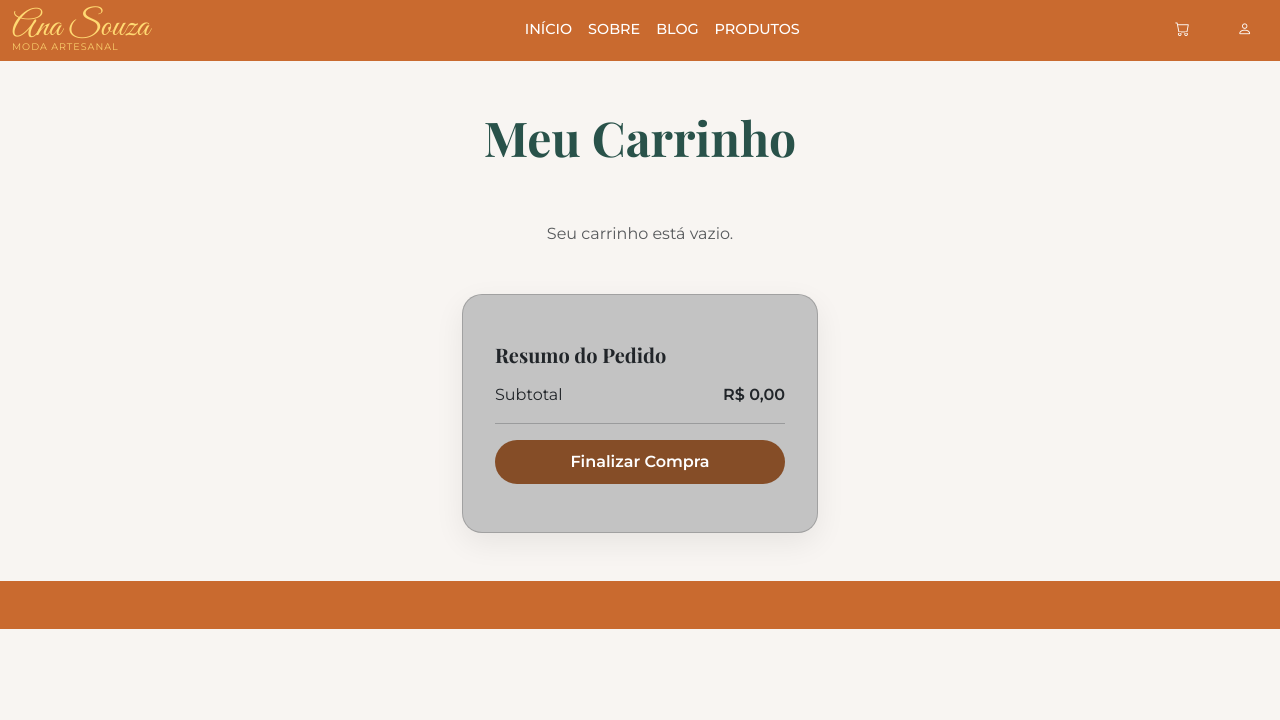
Repository: Lucascsg/projeto-anasouza-frontend
Page: carrinho.html
The author's editor kept a copy of each file at every save. The page is drawn from the files as they stood at one save, then again after the next save.
The browser window is 1280 px wide. The pictures show the whole page.

Above is the page before, as saved 2025-10-20 23:17:48.

### carrinho.html
<!DOCTYPE html>
<html lang="pt-br">
<head>
    <meta charset="UTF-8">
    <meta name="viewport" content="width=device-width, initial-scale=1.0">
    <title>Meu Carrinho - Ana Souza</title>

    <link href="https://cdn.jsdelivr.net/npm/bootstrap@5.3.2/dist/css/bootstrap.min.css" rel="stylesheet" integrity="sha384-T3c6CoIi6uLrA9TneNEoa7RxnatzjcDSCmG1MXxSR1GAsXEV/Dwwykc2MPK8M2HN" crossorigin="anonymous">
    <link rel="stylesheet" href="css/style.css">
    <link rel="stylesheet" href="https://cdn.jsdelivr.net/npm/bootstrap-icons@1.11.1/font/bootstrap-icons.css">
    <link rel="preconnect" href="https://fonts.googleapis.com">
    <link rel="preconnect" href="https://fonts.gstatic.com" crossorigin>
    <link href="https://fonts.googleapis.com/css2?family=Montserrat:wght@400;500;600&family=Playfair+Display:wght@700&family=Great+Vibes&display=swap" rel="stylesheet">
    <link rel="stylesheet" href="https://unpkg.com/aos@next/dist/aos.css" />
</head>
<body>

    <header>
        <nav class="navbar navbar-expand-lg navbar-dark navbar-custom">
            <div class="container-fluid">
                <a class="navbar-brand logo-text" href="index.html">
                    <div>Ana Souza</div>
                    <small class="logo-subtitle">MODA ARTESANAL</small>
                </a>
                <button class="navbar-toggler" type="button" data-bs-toggle="collapse" data-bs-target="#navbarNav" aria-controls="navbarNav" aria-expanded="false" aria-label="Toggle navigation">
                    <span class="navbar-toggler-icon"></span>
                </button>
                <div class="collapse navbar-collapse" id="navbarNav">
                    <ul class="navbar-nav mx-auto">
                        <li class="nav-item"><a class="nav-link" href="index.html">Início</a></li>
                        <li class="nav-item"><a class="nav-link" href="index.html#sobre">Sobre</a></li>
                        <li class="nav-item"><a class="nav-link" href="blog.html">Blog</a></li>
                        <li class="nav-item"><a class="nav-link" href="produtos.html">Produtos</a></li>
                    </ul>
                    <div class="navbar-icons d-flex">
                        <a href="carrinho.html" class="nav-link position-relative">
                            <i class="bi bi-cart"></i>
                            <span class="badge rounded-pill bg-danger position-absolute top-0 start-100 translate-middle" id="contador-carrinho" style="display: none;">0</span>
                        </a>
                        <a href="#" class="nav-link ms-3"><i class="bi bi-person"></i></a>
                    </div>
                </div>
            </div>
        </nav>
    </header>

    <main class="container my-5">
        <div class="row">
            <div class="col-12 text-center mb-5">
                <h1 class="display-5 fw-bold">Meu Carrinho</h1>
            </div>
        </div>

        <div id="itens-carrinho">
            <p class="text-center text-muted">Seu carrinho está vazio.</p>
        </div>

        <div class="row justify-content-center mt-5">
            <div class="col-md-5 col-lg-4">
                <div class="card section-card">
                    <h5 class="card-title fw-bold mb-3">Resumo do Pedido</h5>
                    <div class="d-flex justify-content-between">
                        <span>Subtotal</span>
                        <span id="subtotal-carrinho" class="fw-bold">R$ 0,00</span>
                    </div>
                    <hr>
                    <div class="d-grid">
                        <a href="#" class="btn btn-custom-primary">Finalizar Compra</a>
                    </div>
                </div>
            </div>
        </div>
    </main>

    <footer class="py-4 footer-custom">
        </footer>

    <script src="https://cdn.jsdelivr.net/npm/bootstrap@5.3.2/dist/js/bootstrap.bundle.min.js"></script>
    <script src="https://unpkg.com/aos@next/dist/aos.js"></script>
    <script src="js/carrinho.js"></script>
</body>
</html>

### css/style.css
/* =================================== */
/* VARIÁVEIS GLOBAIS E ESTILOS BASE    */
/* =================================== */
:root {
    /* Sua paleta de cores (mantive suas últimas alterações) */
    --cor-base-escura: #c96a2f;
    --cor-acao-vibrante: #854D27;
    --cor-detalhe-quente: #29524A;
    --cor-texto-escuro: #06070E;

    /* Cores Neutras e de Fundo */
    --cor-fundo-claro: #F8F5F2;
    --cor-texto-claro: #FFFFFF;
}

body {
    font-family: 'Montserrat', sans-serif;
    background-color: var(--cor-fundo-claro);
    color: var(--cor-texto-escuro);
}

h1, h2, h3, h4, h5, h6 {
    font-family: 'Playfair Display', serif;
    color: var(--cor-detalhe-quente);
}

/* =================================== */
/* ESTILOS DA BARRA DE NAVEGAÇÃO       */
/* =================================== */
.navbar-custom {
    background-color: var(--cor-base-escura);
}
/* ... (O resto dos estilos da navbar e do logo permanecem como você enviou) ... */
.navbar-brand.logo-text {
    display: flex;
    flex-direction: column;
    justify-content: center;
    padding: 0;
    position: relative;
    top: 2px;
}
.navbar-brand div {
    font-family: 'Great Vibes', cursive;
    font-size: 2.2rem;
    color: #FFD972 !important;
    line-height: 1;
    font-weight: normal;
}
.navbar-brand .logo-subtitle {
    font-family: 'Montserrat', sans-serif;
    font-size: 0.6rem;
    text-transform: uppercase;
    letter-spacing: 0.1em;
    display: block;
    opacity: 0.9;
    color: #FFD972;
    margin-top: -5px;
}
/* ... (outros estilos da navbar que você enviou) ... */
.navbar-custom .navbar-brand img {
    height: 40px;
}
.navbar-custom .nav-link {
    color: var(--cor-texto-claro);
    font-weight: 500;
    text-transform: uppercase;
    font-size: 0.9rem;
    padding: 0.5rem 1rem;
    transition: opacity 0.3s;
}
.navbar-custom .nav-link:hover {
    opacity: 0.8;
}
.navbar-icons a {
    color: var(--cor-texto-claro);
    font-size: 1.2rem;
    transition: opacity 0.3s;
}
.navbar-icons a:hover {
    opacity: 0.8;
}


/* =================================== */
/* ESTILOS DA SEÇÃO HERO (IMAGEM)      */
/* =================================== */
#hero {
    position: relative;
    height: 90vh;
    width: 100%;
    display: flex;
    align-items: center;
    justify-content: center;

    /* --- ATUALIZAÇÃO PARA IMAGEM DE FUNDO --- */
    background: url('../imagens/hero-background.jpg') no-repeat center center/cover;
}

#hero::after {
    content: '';
    position: absolute;
    top: 0;
    left: 0;
    width: 100%;
    height: 100%;
    background: rgba(0, 0, 0, 0.6);
    z-index: 1;
}

#hero .hero-content {
    position: relative;
    z-index: 2;
}

#hero .hero-content h1 {
    font-weight: 700;
    color: var(--cor-texto-claro);
}

#hero .hero-content .btn {
    border-radius: 50px;
    padding: 12px 30px;
    font-weight: 600;
}


/* ... (O resto do seu CSS continua exatamente como você enviou) ... */

/* =================================== */
/* ESTILOS GERAIS DAS SEÇÕES           */
/* =================================== */
section h2 {
    color: var(--cor-detalhe-quente);
    margin-bottom: 1rem;
}

/* =================================== */
/* ESTILOS DA SEÇÃO DE PRODUTOS        */
/* =================================== */
.product-card {
    border: none;
    border-radius: 15px;
    box-shadow: 0 4px 15px rgba(0, 0, 0, 0.08);
    transition: all 0.3s ease-in-out;
}
.product-card:hover {
    transform: translateY(-8px);
    box-shadow: 0 8px 25px rgba(0, 0, 0, 0.12);
}
.product-card .card-title {
    color: var(--cor-texto-escuro);
    font-weight: 600;
}
.product-card .btn {
    border-radius: 50px;
    padding: 8px 25px;
    font-weight: 500;
    border-color: var(--cor-base-escura);
    color: var(--cor-base-escura);
}
.product-card .btn:hover {
    background-color: var(--cor-base-escura);
    color: white;
}

/* =================================== */
/* ESTILOS DA SEÇÃO DE BLOG            */
/* =================================== */
.btn-custom-primary {
    background-color: var(--cor-acao-vibrante);
    color: white;
    border: none;
    border-radius: 50px;
    padding: 10px 30px;
    font-weight: 600;
    transition: all 0.3s;
}
.btn-custom-primary:hover {
    background-color: var(--cor-acao-vibrante);
    color: white;
    opacity: 0.9;
    transform: translateY(-2px);
}
#blog img {
    border-radius: 15px;
}

/* =================================== */
/* ESTILOS DO RODAPÉ (FOOTER)          */
/* =================================== */
.footer-custom {
    background-color: var(--cor-base-escura);
}
.footer-custom a {
    text-decoration: none;
    transition: opacity 0.3s;
}
.footer-custom a:hover {
    opacity: 0.8;
}

/* =================================== */
/* ESTILO DE SEÇÃO EM FORMATO DE CARD  */
/* =================================== */

.section-card {
    background-color: #c3c3c3; /* Fundo branco para o card */
    padding: 3rem 2rem;        /* Espaçamento interno generoso */
    border-radius: 20px;       /* As pontas curvadas que você pediu */
    box-shadow: 0 10px 30px rgba(0, 0, 0, 0.07); /* Sombra sutil para "flutuar" */
}

/* =================================== */
/* Estilos da Página de Produto        */
/* =================================== */

.product-price {
    color: var(--cor-detalhe-quente); /* Usando o verde/marrom dos títulos */
    font-weight: 600;
}

### js/carrinho.js
// Espera o documento HTML ser completamente carregado para executar o script
document.addEventListener('DOMContentLoaded', function() {
    carregarCarrinho();
    AOS.init();
});

/**
 * Função principal que carrega os itens do localStorage e os exibe na página.
 */
function carregarCarrinho() {
    let carrinho = JSON.parse(localStorage.getItem('carrinho')) || [];
    const containerItens = document.getElementById('itens-carrinho');
    const subtotalElemento = document.getElementById('subtotal-carrinho');

    atualizarContadorCarrinho();

    if (carrinho.length === 0) {
        containerItens.innerHTML = '<p class="text-center text-muted">Seu carrinho está vazio.</p>';
        subtotalElemento.textContent = formatarMoeda(0);
        return;
    }

    containerItens.innerHTML = '';
    let subtotal = 0;

    carrinho.forEach(item => {
        const precoItem = parseFloat(item.preco.replace('R$ ', '').replace(',', '.')) * item.quantidade;
        subtotal += precoItem;

        const itemHTML = `
            <div class="card mb-3 section-card" data-aos="fade-up">
                <div class="card-body">
                    <div class="row align-items-center">
                        <div class="col-md-2 col-3">
                            <img src="${item.imagem}" alt="${item.nome}" class="img-fluid rounded">
                        </div>
                        <div class="col-md-3 col-9">
                            <h5 class="mb-0">${item.nome}</h5>
                        </div>
                        <div class="col-md-3 col-6 mt-3 mt-md-0">
                            <div class="input-group">
                                <button class="btn btn-outline-secondary btn-diminuir" type="button" data-id="${item.id}">-</button>
                                <input type="text" class="form-control text-center" value="${item.quantidade}" readonly>
                                <button class="btn btn-outline-secondary btn-aumentar" type="button" data-id="${item.id}">+</button>
                            </div>
                        </div>
                        <div class="col-md-2 col-3 mt-3 mt-md-0 text-center">
                            <span class="fw-bold">${formatarMoeda(precoItem)}</span>
                        </div>
                        <div class="col-md-2 col-3 mt-3 mt-md-0 text-end">
                            <button class="btn btn-sm btn-outline-danger btn-remover" data-id="${item.id}">Remover</button>
                        </div>
                    </div>
                </div>
            </div>
        `;
        containerItens.innerHTML += itemHTML;
    });

    subtotalElemento.textContent = formatarMoeda(subtotal);

    // Após criar os botões, precisamos adicionar os eventos de clique a eles
    configurarEventosCarrinho();
}

/**
 * Adiciona os eventos de clique para os botões de aumentar, diminuir e remover.
 */
function configurarEventosCarrinho() {
    document.querySelectorAll('.btn-aumentar').forEach(button => {
        button.addEventListener('click', (event) => {
            const produtoId = event.target.dataset.id;
            atualizarQuantidade(produtoId, 'aumentar');
        });
    });

    document.querySelectorAll('.btn-diminuir').forEach(button => {
        button.addEventListener('click', (event) => {
            const produtoId = event.target.dataset.id;
            atualizarQuantidade(produtoId, 'diminuir');
        });
    });

    document.querySelectorAll('.btn-remover').forEach(button => {
        button.addEventListener('click', (event) => {
            const produtoId = event.target.dataset.id;
            removerDoCarrinho(produtoId);
        });
    });
}

/**
 * Atualiza a quantidade de um item no carrinho ou o remove.
 * @param {string} id - ID do produto.
 * @param {string} acao - 'aumentar' ou 'diminuir'.
 */
function atualizarQuantidade(id, acao) {
    let carrinho = JSON.parse(localStorage.getItem('carrinho')) || [];
    const itemIndex = carrinho.findIndex(item => item.id == id);

    if (itemIndex > -1) {
        if (acao === 'aumentar') {
            carrinho[itemIndex].quantidade++;
        } else if (acao === 'diminuir') {
            carrinho[itemIndex].quantidade--;
            if (carrinho[itemIndex].quantidade <= 0) {
                // Se a quantidade for 0 ou menos, remove o item
                carrinho.splice(itemIndex, 1);
            }
        }
    }

    localStorage.setItem('carrinho', JSON.stringify(carrinho));
    carregarCarrinho(); // Recarrega a visualização do carrinho
}

/**
 * Remove um item completamente do carrinho.
 * @param {string} id - ID do produto a ser removido.
 */
function removerDoCarrinho(id) {
    let carrinho = JSON.parse(localStorage.getItem('carrinho')) || [];
    // Filtra o array, mantendo apenas os itens cujo ID é DIFERENTE do que queremos remover
    const novoCarrinho = carrinho.filter(item => item.id != id);

    localStorage.setItem('carrinho', JSON.stringify(novoCarrinho));
    carregarCarrinho(); // Recarrega a visualização do carrinho
}

// Funções que já tínhamos, sem alterações
function formatarMoeda(valor) {
    return valor.toLocaleString('pt-br', { style: 'currency', currency: 'BRL' });
}

function atualizarContadorCarrinho() {
    let carrinho = JSON.parse(localStorage.getItem('carrinho')) || [];
    const totalItens = carrinho.reduce((total, item) => total + item.quantidade, 0);
    const contadorElemento = document.getElementById('contador-carrinho');

    if (contadorElemento) {
        if (totalItens > 0) {
            contadorElemento.textContent = totalItens;
            contadorElemento.style.display = 'inline';
        } else {
            contadorElemento.style.display = 'none';
        }
    }
}

After the next save:
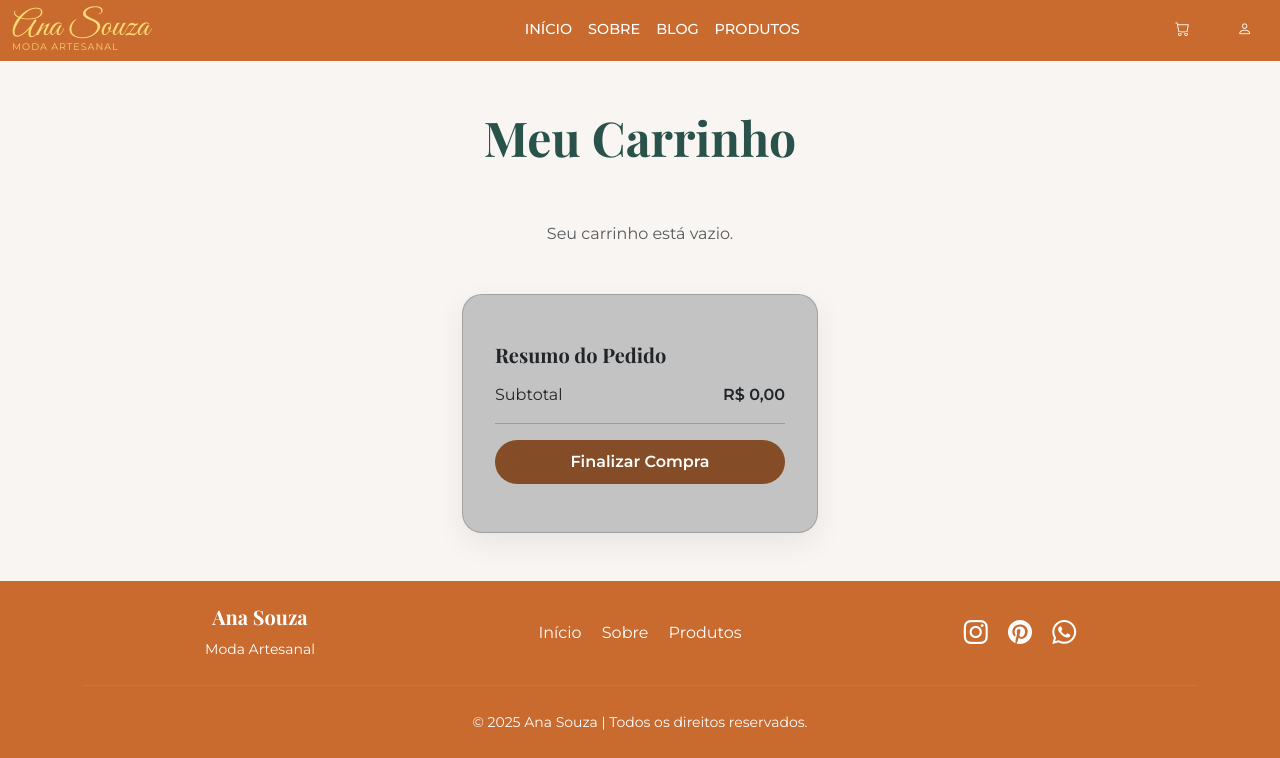
Saved 85 s later.
--- a/carrinho.html
+++ b/carrinho.html
@@ -73,7 +73,29 @@
     </main>
 
     <footer class="py-4 footer-custom">
-        </footer>
+        <div class="container text-center text-white">
+            <div class="row align-items-center">
+                <div class="col-md-4 mb-3 mb-md-0">
+                    <h5 class="text-white">Ana Souza</h5>
+                    <small>Moda Artesanal</small>
+                </div>
+                <div class="col-md-4 mb-3 mb-md-0">
+                    <ul class="list-inline mb-0">
+                        <li class="list-inline-item mx-2"><a href="index.html" class="text-white">Início</a></li>
+                        <li class="list-inline-item mx-2"><a href="index.html#sobre" class="text-white">Sobre</a></li>
+                        <li class="list-inline-item mx-2"><a href="produtos.html" class="text-white">Produtos</a></li>
+                    </ul>
+                </div>
+                <div class="col-md-4">
+                    <a href="#" class="text-white fs-4 mx-2"><i class="bi bi-instagram"></i></a>
+                    <a href="#" class="text-white fs-4 mx-2"><i class="bi bi-pinterest"></i></a>
+                    <a href="#" class="text-white fs-4 mx-2"><i class="bi bi-whatsapp"></i></a>
+                </div>
+            </div>
+            <hr class="my-4" style="border-color: rgba(255, 255, 255, 0.3);">
+            <small>&copy; 2025 Ana Souza | Todos os direitos reservados.</small>
+        </div>
+    </footer>
 
     <script src="https://cdn.jsdelivr.net/npm/bootstrap@5.3.2/dist/js/bootstrap.bundle.min.js"></script>
     <script src="https://unpkg.com/aos@next/dist/aos.js"></script>
